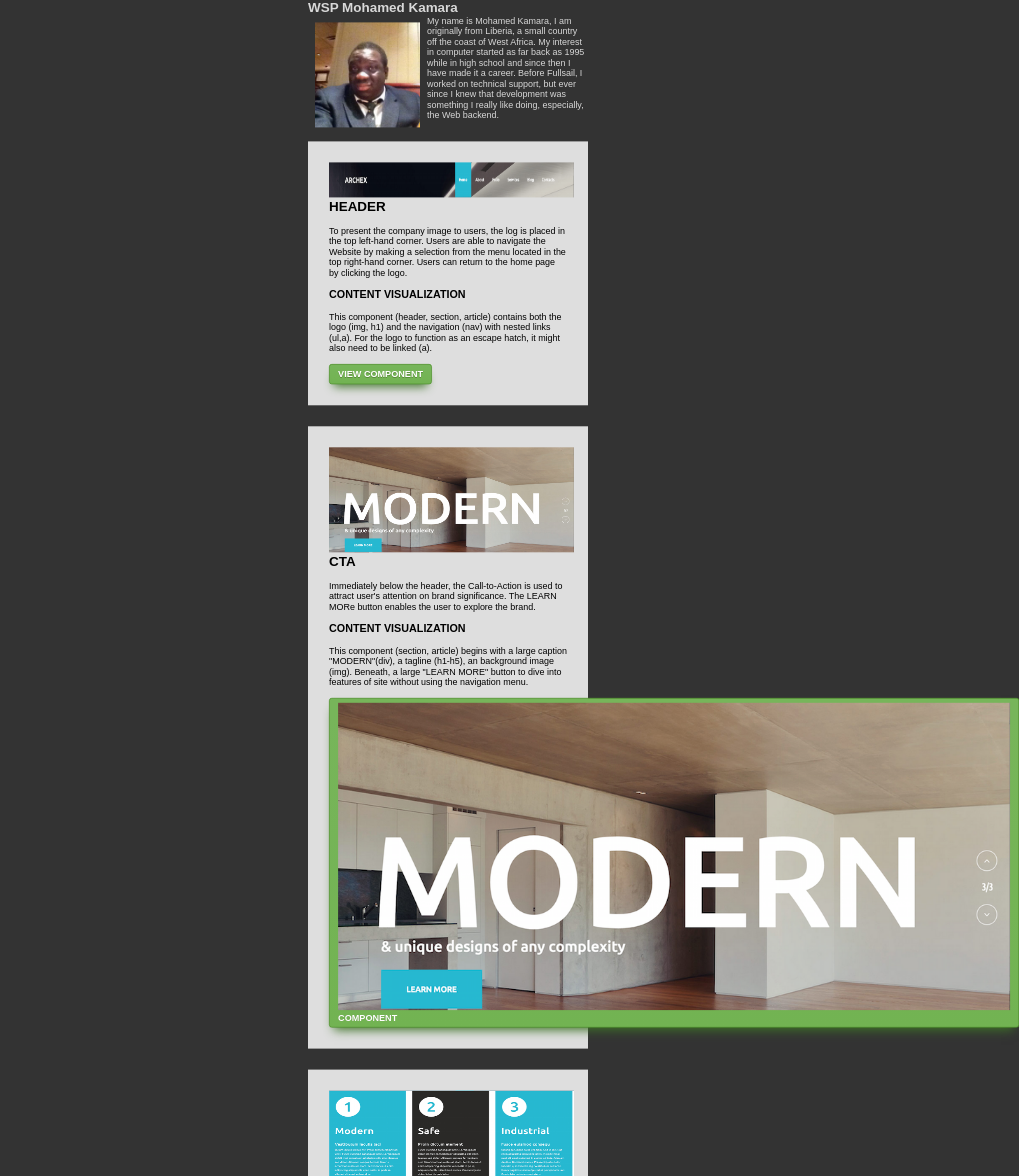
Repository: makamara/WSP_Project
Page: wsp/index.html
These files come from the project's save history. The page is drawn as it stood at one moment and after the next save; the edit follows.
The browser window is 1280 px wide. The page is 1456 px wide, then 1280 px, so the pictures cover 1456 px, including what lies to the right of the window. The pictures show the part of the page from y = 0 to 1680 px (the page is 2465 px tall before and 2076 px after), at 70% of full size.

Above is the page before, as saved 2015-09-15 23:37:42.

After the next save:
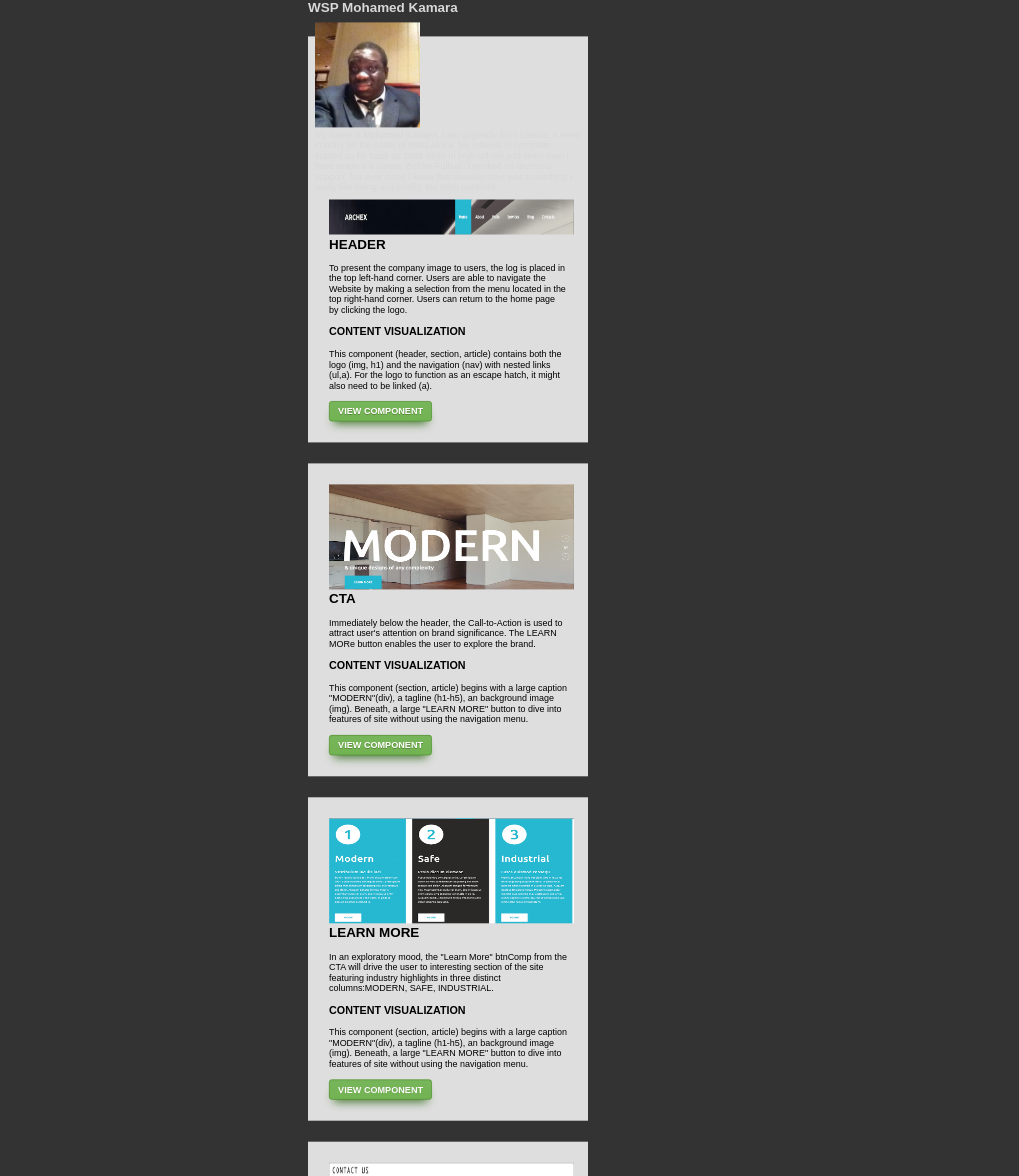
Saved 70 s later.
--- a/wsp/index.html
+++ b/wsp/index.html
@@ -18,7 +18,7 @@
 
 		<h1>WSP Mohamed Kamara</h1>
 		<div class="image">
-			<img src="images/art_pix.jpg" alt="Mohamed Kamara" width="150" height="150" /></div>
+			<img src="images/art_pix.jpg" alt="Mohamed Kamara" width="150" height="150" />
 			<p>My name is Mohamed Kamara, I am originally from Liberia, a small country off the coast of West Africa. My interest in computer
 		started as far back as 1995 while in high school and since then I have made it a career. Before Fullsail, I worked on technical
 		support, but ever since I knew that development was something I really like doing, especially, the Web backend.
@@ -42,7 +42,7 @@
 			<p>This component (header, section, article) contains both the logo (img, h1) and the navigation (nav) with nested links (ul,a).
 			For the logo to function as an escape hatch, it might also need to be linked (a).
 			</p><br />
-			<p><a href="/images/header.png" class="btnComp">VIEW COMPONENT</a></p>
+			<p><a href="" class="btnComp">VIEW COMPONENT</a></p>
 		</article>
 		<!-- CTA section -->
 		<article>
@@ -55,7 +55,7 @@
 			<p>This component (section, article) begins with a large caption "MODERN"(div), a tagline (h1-h5), an background image (img).
 			Beneath, a large "LEARN MORE" button to dive into features of site without using the navigation menu.
 			</p><br />
-			<p><a href="" class="btnComp"><img src="images/cta.jpg"> COMPONENT</a></p>
+			<p><a href="" class="btnComp">VIEW COMPONENT</a></p>
 		</article>
 	<!-- LEARN MORE section -->
 		<article>
@@ -69,7 +69,7 @@
 			<p>This component (section, article) begins with a large caption "MODERN"(div), a tagline (h1-h5), an background image (img).
 			Beneath, a large "LEARN MORE" button to dive into features of site without using the navigation menu.
 			</p><br />
-			<p><a href="images/learnmore.jpg" class="btnComp">VIEW COMPONENT</a></p>
+			<p><a href="" class="btnComp">VIEW COMPONENT</a></p>
 		</article>
 		<!-- FOOTER section -->
 		<article>
